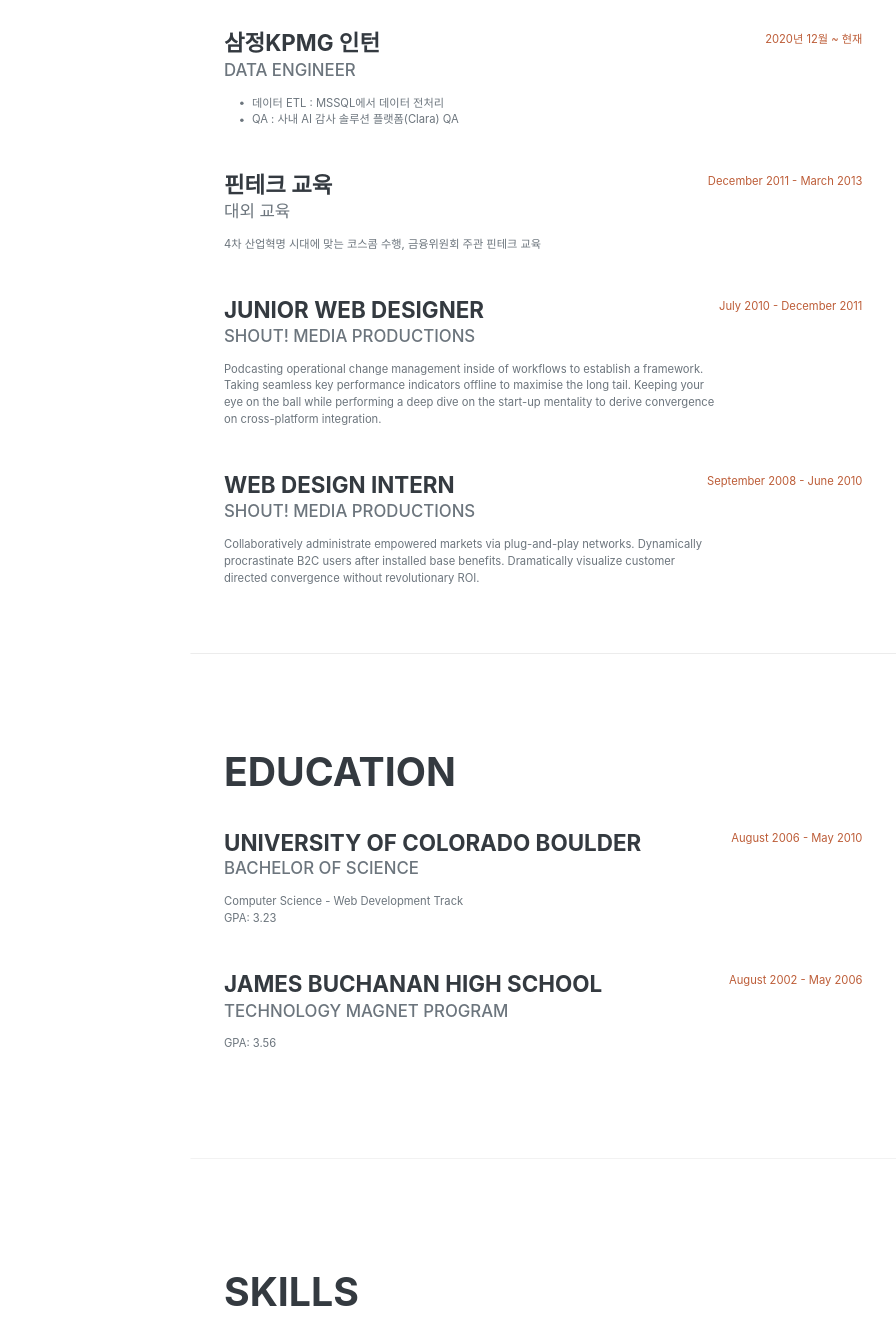
Repository: minsuk1/portfolio
Page: index.html
The author's editor kept a copy of each file at every save. The page is drawn from the files as they stood at one save, then again after the next save.
The browser window is 1280 px wide. The pictures show the part of the page from y = 873 to 2793 px (the page is 4690 px tall before and 4642 px after), at 70% of full size.
Some web fonts or font styles are not loaded; a fallback is used.

Above is the page before, as saved 2021-01-01 10:43:01.

### index.html
<!DOCTYPE html>
<html lang="en">
    <head>
        <meta charset="utf-8" />
        <meta name="viewport" content="width=device-width, initial-scale=1, shrink-to-fit=no" />
        <meta name="description" content="" />
        <meta name="author" content="" />
        <title>Resume - Start Bootstrap Theme</title>
        <link rel="icon" type="image/x-icon" href="assets/img/favicon.ico" />
        <!-- Font Awesome icons (free version)-->
        <script src="https://use.fontawesome.com/releases/v5.15.1/js/all.js" crossorigin="anonymous"></script>
        <!-- Google fonts-->
        <link href="https://fonts.googleapis.com/css?family=Saira+Extra+Condensed:500,700" rel="stylesheet" type="text/css" />
        <link href="https://fonts.googleapis.com/css?family=Muli:400,400i,800,800i" rel="stylesheet" type="text/css" />
        <!-- Core theme CSS (includes Bootstrap)-->
        <link href="css/styles.css" rel="stylesheet" />
    </head>
    <body id="page-top">
        <!-- Navigation-->
        <nav class="navbar navbar-expand-lg navbar-dark bg-primary fixed-top" id="sideNav">
            <a class="navbar-brand js-scroll-trigger" href="#page-top">
                <span class="d-block d-lg-none">Clarence Taylor</span>
                <span class="d-none d-lg-block"><img class="img-fluid img-profile rounded-circle mx-auto mb-2" src="assets/img/profile.jpg" alt="" /></span>
            </a>
            <button class="navbar-toggler" type="button" data-toggle="collapse" data-target="#navbarSupportedContent" aria-controls="navbarSupportedContent" aria-expanded="false" aria-label="Toggle navigation"><span class="navbar-toggler-icon"></span></button>
            <div class="collapse navbar-collapse" id="navbarSupportedContent">
                <ul class="navbar-nav">
                    <li class="nav-item"><a class="nav-link js-scroll-trigger" href="#about">About</a></li>
                    <li class="nav-item"><a class="nav-link js-scroll-trigger" href="#experience">Experience</a></li>
                    <li class="nav-item"><a class="nav-link js-scroll-trigger" href="#education">Education</a></li>
                    <li class="nav-item"><a class="nav-link js-scroll-trigger" href="#skills">Skills</a></li>
                    <li class="nav-item"><a class="nav-link js-scroll-trigger" href="#interests">Interests</a></li>
                    <li class="nav-item"><a class="nav-link js-scroll-trigger" href="#awards">Awards</a></li>
                </ul>
            </div>
        </nav>
        <!-- Page Content-->
        <div class="container-fluid p-0">
            <!-- About-->
            <section class="resume-section" id="about">
                <div class="resume-section-content">
                    <h1 class="mb-0">
                        Portfolio
                        <span class="text-primary">오민석</span>
                    </h1>
                    <div class="subheading mb-5">
                                  010-6265-6918
                        <a href="mailto:name@email.com">palt1230@email.com</a>
                    </div>
                    <p class="lead mb-5"></p>
                    <div class="social-icons">
                        <a class="social-icon" href="https://github.com/minsuk1"><i class="fab fa-github"></i></a>
                        <a class="social-icon" href="https://velog.io/@minsuk"><i class="fas fa-envelope-open-text"></i></i></a>
                        <a class="social-icon" href="#"><i class="fab fa-facebook-f"></i></a>
                    </div>
                </div>
            </section>
            <hr class="m-0" />
            <!-- Experience-->
            <section class="resume-section" id="experience">
                <div class="resume-section-content">
                    <h2 class="mb-5">Experience</h2>
                    <div class="d-flex flex-column flex-md-row justify-content-between mb-5">
                        <div class="flex-grow-1">
                            <h3 class="mb-0">삼정KPMG 인턴</h3>
                            <div class="subheading mb-3">Data Engineer</div>
                            <ul>
                                <li>데이터 ETL : MSSQL에서 데이터 전처리</li>
                                <li>QA : 사내 AI 감사 솔루션 플랫폼(Clara) QA</li>
                            </ul>

                        </div>
                        <div class="flex-shrink-0"><span class="text-primary">2020년 12월 ~ 현재</span></div>
                    </div>
                    <div class="d-flex flex-column flex-md-row justify-content-between mb-5">
                        <div class="flex-grow-1">
                            <h3 class="mb-0">핀테크 교육</h3>
                            <div class="subheading mb-3">대외 교육</div>
                            <p>4차 산업혁명 시대에 맞는 코스콤 수행, 금융위원회 주관 핀테크 교육</p>
                        </div>
                        <div class="flex-shrink-0"><span class="text-primary">December 2011 - March 2013</span></div>
                    </div>
                    <div class="d-flex flex-column flex-md-row justify-content-between mb-5">
                        <div class="flex-grow-1">
                            <h3 class="mb-0">Junior Web Designer</h3>
                            <div class="subheading mb-3">Shout! Media Productions</div>
                            <p>Podcasting operational change management inside of workflows to establish a framework. Taking seamless key performance indicators offline to maximise the long tail. Keeping your eye on the ball while performing a deep dive on the start-up mentality to derive convergence on cross-platform integration.</p>
                        </div>
                        <div class="flex-shrink-0"><span class="text-primary">July 2010 - December 2011</span></div>
                    </div>
                    <div class="d-flex flex-column flex-md-row justify-content-between">
                        <div class="flex-grow-1">
                            <h3 class="mb-0">Web Design Intern</h3>
                            <div class="subheading mb-3">Shout! Media Productions</div>
                            <p>Collaboratively administrate empowered markets via plug-and-play networks. Dynamically procrastinate B2C users after installed base benefits. Dramatically visualize customer directed convergence without revolutionary ROI.</p>
                        </div>
                        <div class="flex-shrink-0"><span class="text-primary">September 2008 - June 2010</span></div>
                    </div>
                </div>
            </section>
            <hr class="m-0" />
            <!-- Education-->
            <section class="resume-section" id="education">
                <div class="resume-section-content">
                    <h2 class="mb-5">Education</h2>
                    <div class="d-flex flex-column flex-md-row justify-content-between mb-5">
                        <div class="flex-grow-1">
                            <h3 class="mb-0">University of Colorado Boulder</h3>
                            <div class="subheading mb-3">Bachelor of Science</div>
                            <div>Computer Science - Web Development Track</div>
                            <p>GPA: 3.23</p>
                        </div>
                        <div class="flex-shrink-0"><span class="text-primary">August 2006 - May 2010</span></div>
                    </div>
                    <div class="d-flex flex-column flex-md-row justify-content-between">
                        <div class="flex-grow-1">
                            <h3 class="mb-0">James Buchanan High School</h3>
                            <div class="subheading mb-3">Technology Magnet Program</div>
                            <p>GPA: 3.56</p>
                        </div>
                        <div class="flex-shrink-0"><span class="text-primary">August 2002 - May 2006</span></div>
                    </div>
                </div>
            </section>
            <hr class="m-0" />
            <!-- Skills-->
            <section class="resume-section" id="skills">
                <div class="resume-section-content">
                    <h2 class="mb-5">Skills</h2>
                    <div class="subheading mb-3">Programming Languages & Tools</div>
                    <ul class="list-inline dev-icons">
                        <li class="list-inline-item"><i class="fab fa-html5"></i></li>
                        <li class="list-inline-item"><i class="fab fa-css3-alt"></i></li>
                        <li class="list-inline-item"><i class="fab fa-js-square"></i></li>
                        <li class="list-inline-item"><i class="fab fa-angular"></i></li>
                        <li class="list-inline-item"><i class="fab fa-react"></i></li>
                        <li class="list-inline-item"><i class="fab fa-node-js"></i></li>
                        <li class="list-inline-item"><i class="fab fa-sass"></i></li>
                        <li class="list-inline-item"><i class="fab fa-less"></i></li>
                        <li class="list-inline-item"><i class="fab fa-wordpress"></i></li>
                        <li class="list-inline-item"><i class="fab fa-gulp"></i></li>
                        <li class="list-inline-item"><i class="fab fa-grunt"></i></li>
                        <li class="list-inline-item"><i class="fab fa-npm"></i></li>
                    </ul>
                    <div class="subheading mb-3">Workflow</div>
                    <ul class="fa-ul mb-0">
                        <li>
                            <span class="fa-li"><i class="fas fa-check"></i></span>
                            Mobile-First, Responsive Design
                        </li>
                        <li>
                            <span class="fa-li"><i class="fas fa-check"></i></span>
                            Cross Browser Testing & Debugging
                        </li>
                        <li>
                            <span class="fa-li"><i class="fas fa-check"></i></span>
                            Cross Functional Teams
                        </li>
                        <li>
                            <span class="fa-li"><i class="fas fa-check"></i></span>
                            Agile Development & Scrum
                        </li>
                    </ul>
                </div>
            </section>
            <hr class="m-0" />
            <!-- Interests-->
            <section class="resume-section" id="interests">
                <div class="resume-section-content">
                    <h2 class="mb-5">Interests</h2>
                    <p>Apart from being a web developer, I enjoy most of my time being outdoors. In the winter, I am an avid skier and novice ice climber. During the warmer months here in Colorado, I enjoy mountain biking, free climbing, and kayaking.</p>
                    <p class="mb-0">When forced indoors, I follow a number of sci-fi and fantasy genre movies and television shows, I am an aspiring chef, and I spend a large amount of my free time exploring the latest technology advancements in the front-end web development world.</p>
                </div>
            </section>
            <hr class="m-0" />
            <!-- Awards-->
            <section class="resume-section" id="awards">
                <div class="resume-section-content">
                    <h2 class="mb-5">Awards & Certifications</h2>
                    <ul class="fa-ul mb-0">
                        <li>
                            <span class="fa-li"><i class="fas fa-trophy text-warning"></i></span>
                            Google Analytics Certified Developer
                        </li>
                        <li>
                            <span class="fa-li"><i class="fas fa-trophy text-warning"></i></span>
                            Mobile Web Specialist - Google Certification
                        </li>
                        <li>
                            <span class="fa-li"><i class="fas fa-trophy text-warning"></i></span>
                            1
                            <sup>st</sup>
                            Place - University of Colorado Boulder - Emerging Tech Competition 2009
                        </li>
                        <li>
                            <span class="fa-li"><i class="fas fa-trophy text-warning"></i></span>
                            1
                            <sup>st</sup>
                            Place - University of Colorado Boulder - Adobe Creative Jam 2008 (UI Design Category)
                        </li>
                        <li>
                            <span class="fa-li"><i class="fas fa-trophy text-warning"></i></span>
                            2
                            <sup>nd</sup>
                            Place - University of Colorado Boulder - Emerging Tech Competition 2008
                        </li>
                        <li>
                            <span class="fa-li"><i class="fas fa-trophy text-warning"></i></span>
                            1
                            <sup>st</sup>
                            Place - James Buchanan High School - Hackathon 2006
                        </li>
                        <li>
                            <span class="fa-li"><i class="fas fa-trophy text-warning"></i></span>
                            3
                            <sup>rd</sup>
                            Place - James Buchanan High School - Hackathon 2005
                        </li>
                    </ul>
                </div>
            </section>
        </div>
        <!-- Bootstrap core JS-->
        <script src="https://cdnjs.cloudflare.com/ajax/libs/jquery/3.5.1/jquery.min.js"></script>
        <script src="https://cdn.jsdelivr.net/npm/bootstrap@4.5.3/dist/js/bootstrap.bundle.min.js"></script>
        <!-- Third party plugin JS-->
        <script src="https://cdnjs.cloudflare.com/ajax/libs/jquery-easing/1.4.1/jquery.easing.min.js"></script>
        <!-- Core theme JS-->
        <script src="js/scripts.js"></script>
    </body>
</html>

### js/scripts.js
/*!
    * Start Bootstrap - Resume v6.0.2 (https://startbootstrap.com/theme/resume)
    * Copyright 2013-2020 Start Bootstrap
    * Licensed under MIT (https://github.com/StartBootstrap/startbootstrap-resume/blob/master/LICENSE)
    */
    (function ($) {
    "use strict"; // Start of use strict

    // Smooth scrolling using jQuery easing
    $('a.js-scroll-trigger[href*="#"]:not([href="#"])').click(function () {
        if (
            location.pathname.replace(/^\//, "") ==
                this.pathname.replace(/^\//, "") &&
            location.hostname == this.hostname
        ) {
            var target = $(this.hash);
            target = target.length
                ? target
                : $("[name=" + this.hash.slice(1) + "]");
            if (target.length) {
                $("html, body").animate(
                    {
                        scrollTop: target.offset().top,
                    },
                    1000,
                    "easeInOutExpo"
                );
                return false;
            }
        }
    });

    // Closes responsive menu when a scroll trigger link is clicked
    $(".js-scroll-trigger").click(function () {
        $(".navbar-collapse").collapse("hide");
    });

    // Activate scrollspy to add active class to navbar items on scroll
    $("body").scrollspy({
        target: "#sideNav",
    });
})(jQuery); // End of use strict

Loaded but not shown: css/styles.css (library)

After the next save:
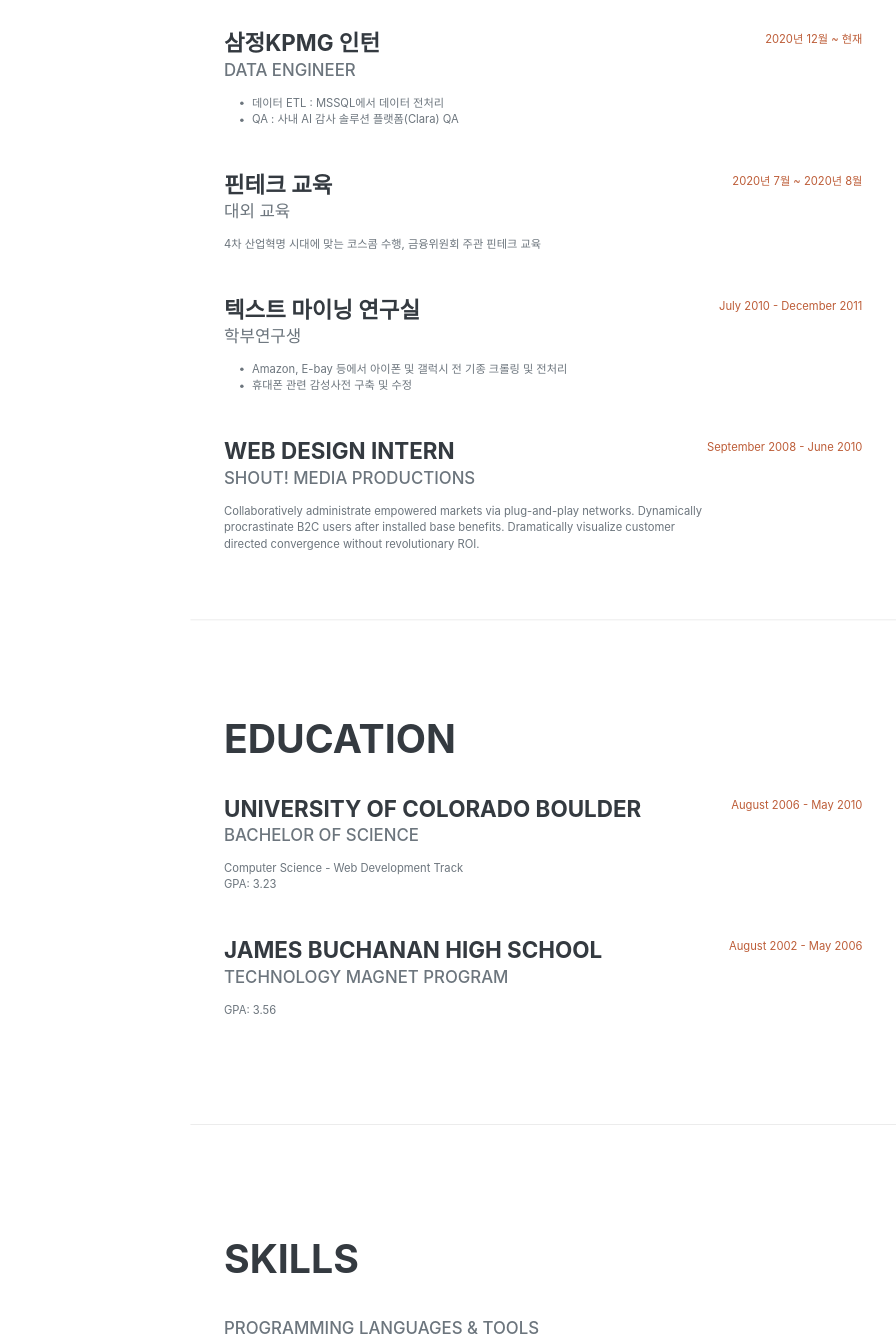
Saved 91 s later.
--- a/index.html
+++ b/index.html
@@ -78,13 +78,16 @@
                             <div class="subheading mb-3">대외 교육</div>
                             <p>4차 산업혁명 시대에 맞는 코스콤 수행, 금융위원회 주관 핀테크 교육</p>
                         </div>
-                        <div class="flex-shrink-0"><span class="text-primary">December 2011 - March 2013</span></div>
-                    </div>
-                    <div class="d-flex flex-column flex-md-row justify-content-between mb-5">
-                        <div class="flex-grow-1">
-                            <h3 class="mb-0">Junior Web Designer</h3>
-                            <div class="subheading mb-3">Shout! Media Productions</div>
-                            <p>Podcasting operational change management inside of workflows to establish a framework. Taking seamless key performance indicators offline to maximise the long tail. Keeping your eye on the ball while performing a deep dive on the start-up mentality to derive convergence on cross-platform integration.</p>
+                        <div class="flex-shrink-0"><span class="text-primary">2020년 7월 ~ 2020년 8월</span></div>
+                    </div>
+                    <div class="d-flex flex-column flex-md-row justify-content-between mb-5">
+                        <div class="flex-grow-1">
+                            <h3 class="mb-0">텍스트 마이닝 연구실</h3>
+                            <div class="subheading mb-3">학부연구생</div>
+                            <ul>
+                                <li>Amazon, E-bay 등에서 아이폰 및 갤럭시 전 기종 크롤링 및 전처리</li>
+                                <li>휴대폰 관련 감성사전 구축 및 수정</li>
+                            </ul>
                         </div>
                         <div class="flex-shrink-0"><span class="text-primary">July 2010 - December 2011</span></div>
                     </div>
